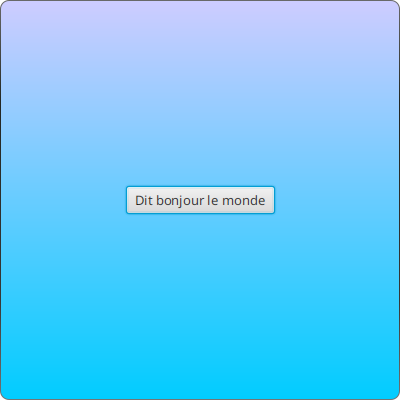
Repository: guehel/Workspace
Program's window: java Tutorial/src/application/Main.java
These files come from the project's save history. The program's window is drawn as it stood at one moment and after the next save; the edit follows.
It runs on Java 21 on a 1366 x 768 screen with JavaFX 11; the title bar is not drawn.

Above is the program's window before, as saved 2014-09-25 23:28:49.

After the next save:
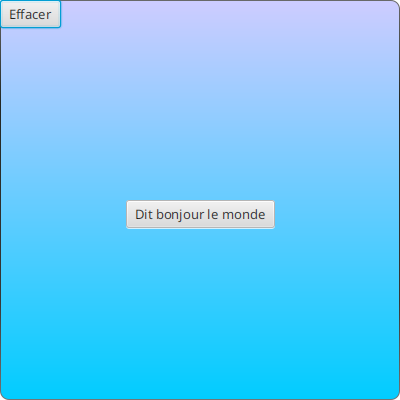
Saved 31 s later.
--- a/Tutorial/src/application/Main.java
+++ b/Tutorial/src/application/Main.java
@@ -41,6 +41,7 @@
 			});
 
 			BorderPane root = new BorderPane();
+			root.setTop(btnEffacer);
 			root.setCenter(btnHello);
 			Scene scene = new Scene(root,400,400);
 			scene.getStylesheets().add(getClass().getResource("application.css").toExternalForm());
